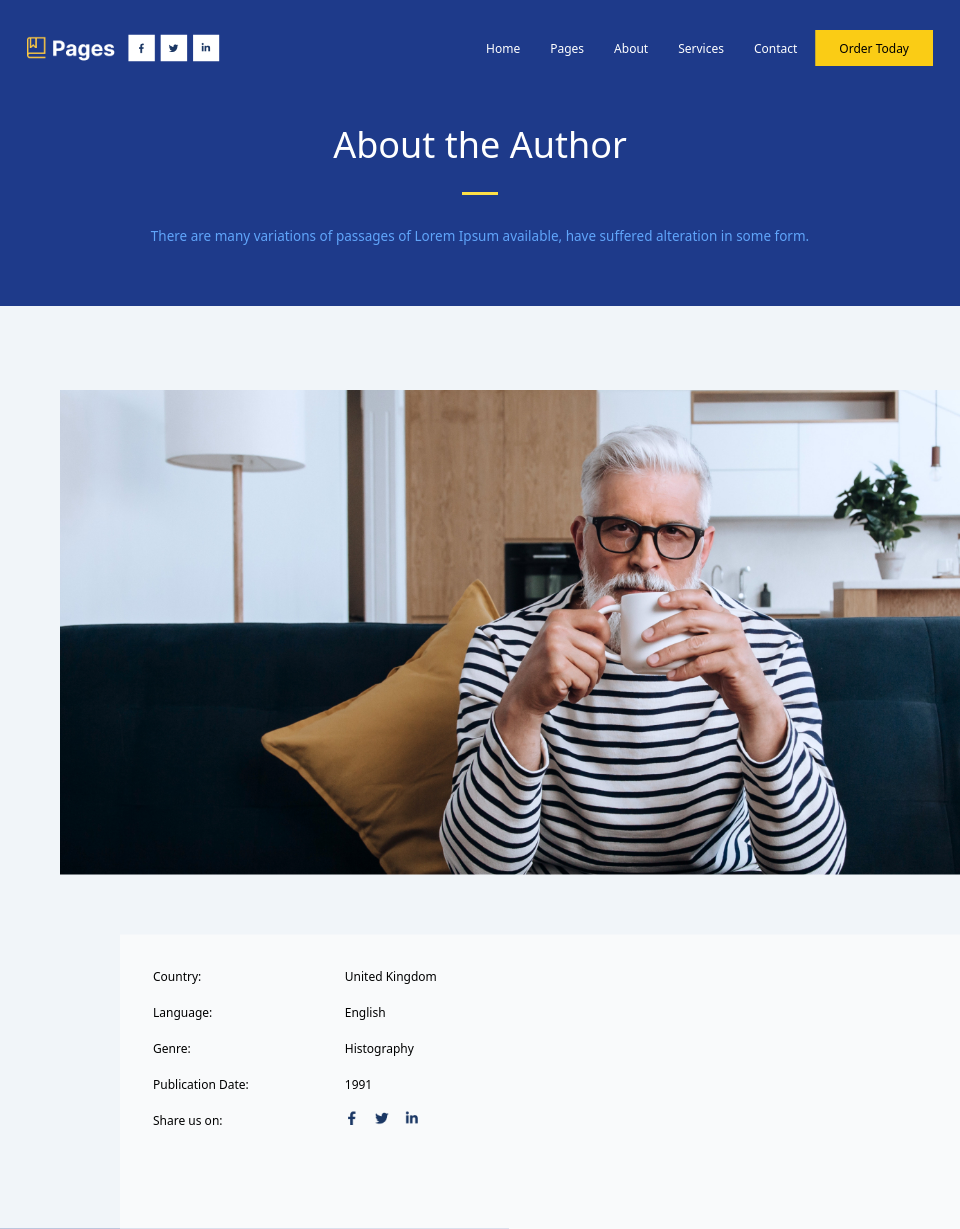
Repository: Godnorg/Class3
Page: index.html
These files come from the project's save history. The page is drawn as it stood at one moment and after the next save; the edit follows.
The browser window is 1280 px wide. The pictures show the whole page, at 75% of full size.
Some web libraries are served in a nearby version.

Above is the page before, as saved 2023-02-19 02:58:50.

After the next save:
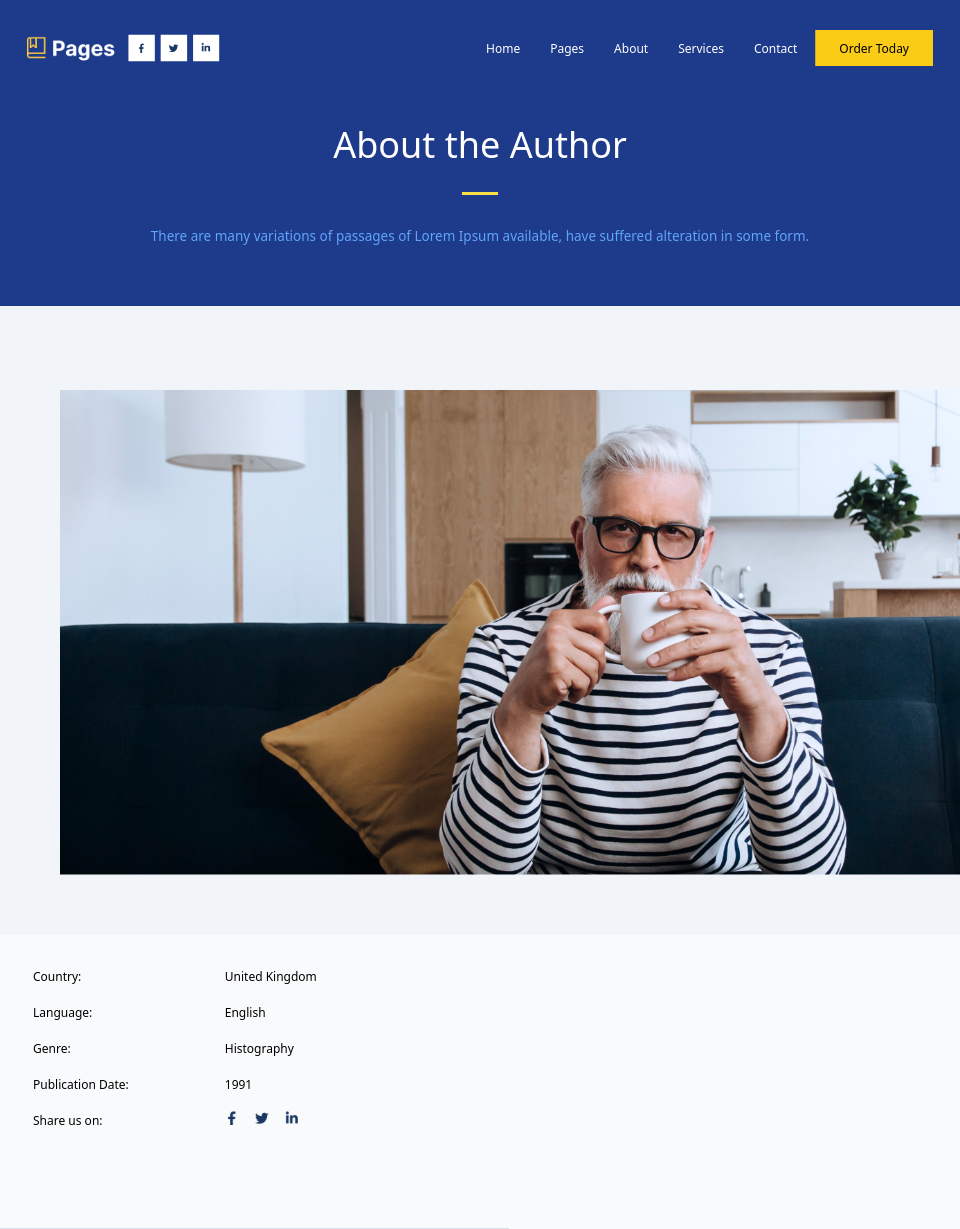
Saved 18 s later.
--- a/index.html
+++ b/index.html
@@ -35,7 +35,7 @@
         <div class="relative w-full pb-20 pl-20 mx-auto pt-28 max-w-7xl">
         <img src="./oldman2.jpg">
         </div>
-        <div class="pb-3 ml-40 bg-gray-50">
+        <div class="pb-3 bg-gray-50">
             <div class="flex py-24 mt-0 mr-6 pt-11 px-11">
                 <div class="pr-32">
                 <h2 class="pb-6">Country:</h2>

After the save that followed:
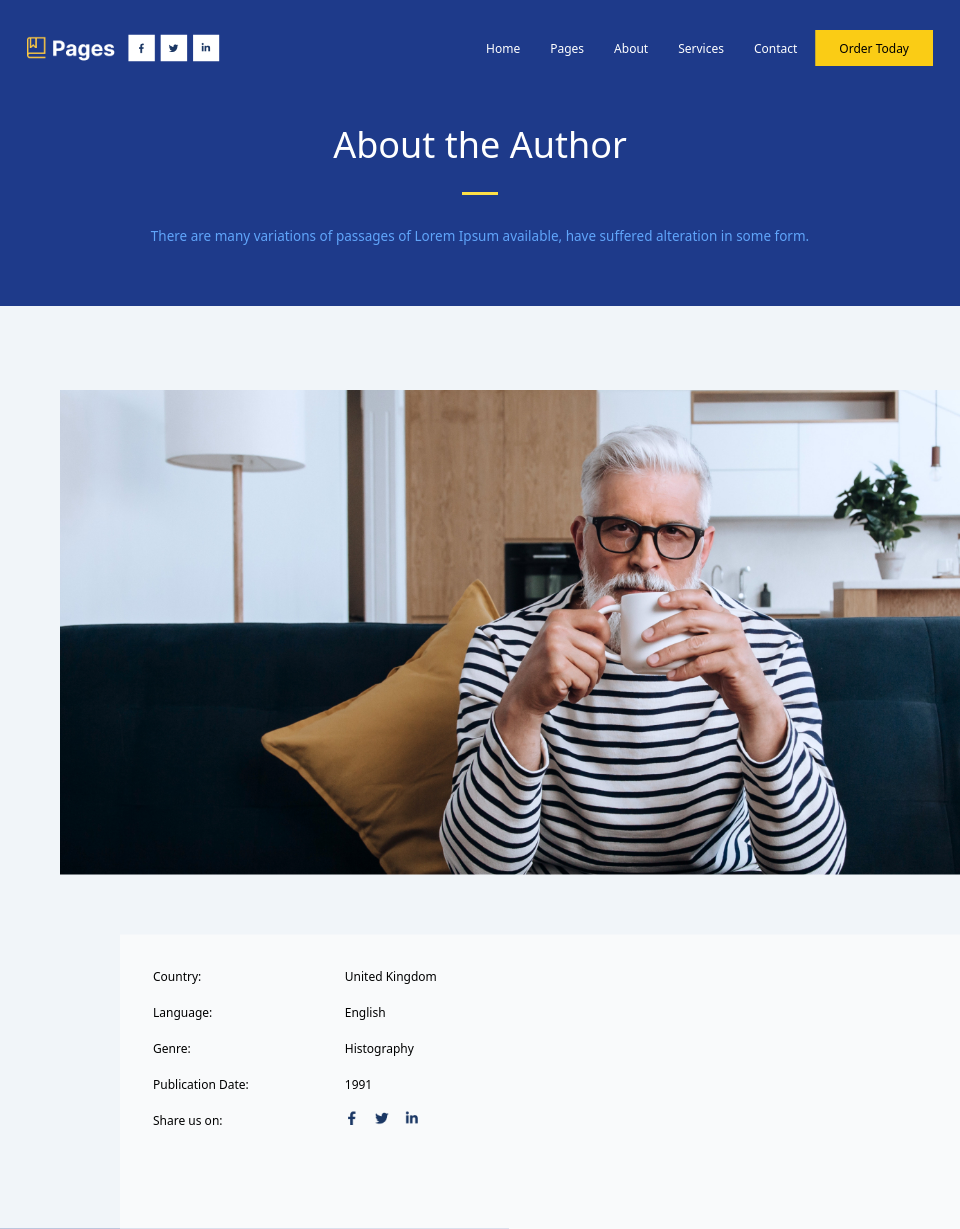
Saved 10 s later.
--- a/index.html
+++ b/index.html
@@ -35,7 +35,7 @@
         <div class="relative w-full pb-20 pl-20 mx-auto pt-28 max-w-7xl">
         <img src="./oldman2.jpg">
         </div>
-        <div class="pb-3 bg-gray-50">
+        <div class="pb-3 ml-40 bg-gray-50">
             <div class="flex py-24 mt-0 mr-6 pt-11 px-11">
                 <div class="pr-32">
                 <h2 class="pb-6">Country:</h2>
